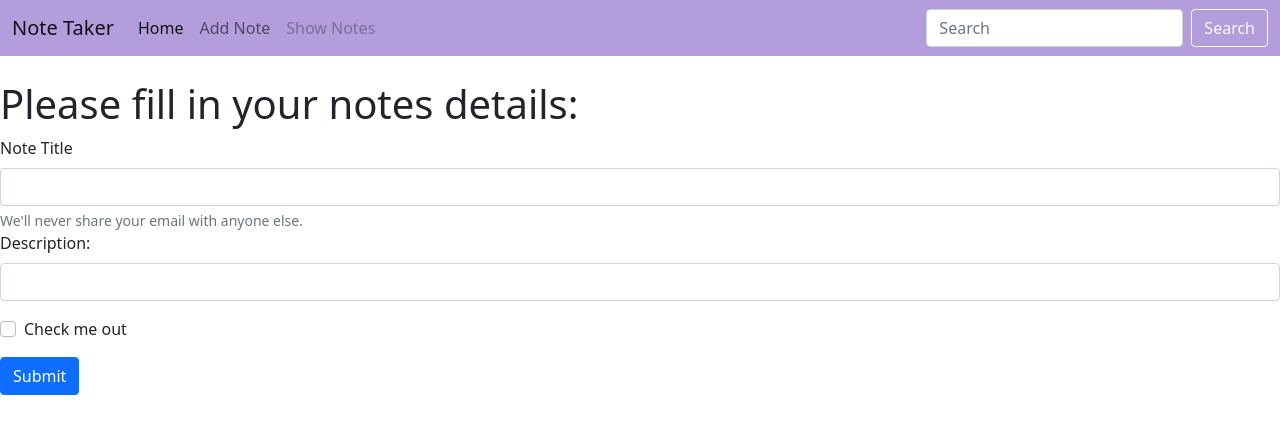
Repository: Tanmoy4672/Hibernate
Page: http://localhost/NoteTaker/add_notes.jsp
An editor plug-in stored every save of this project. The page is shown before and after the next save, followed by the edit.
The browser window is 1280 px wide. The pictures show the whole page.
The page is served by Tomcat 9.

Above is the page before, as saved 2021-12-16 06:13:06.

After the next save:
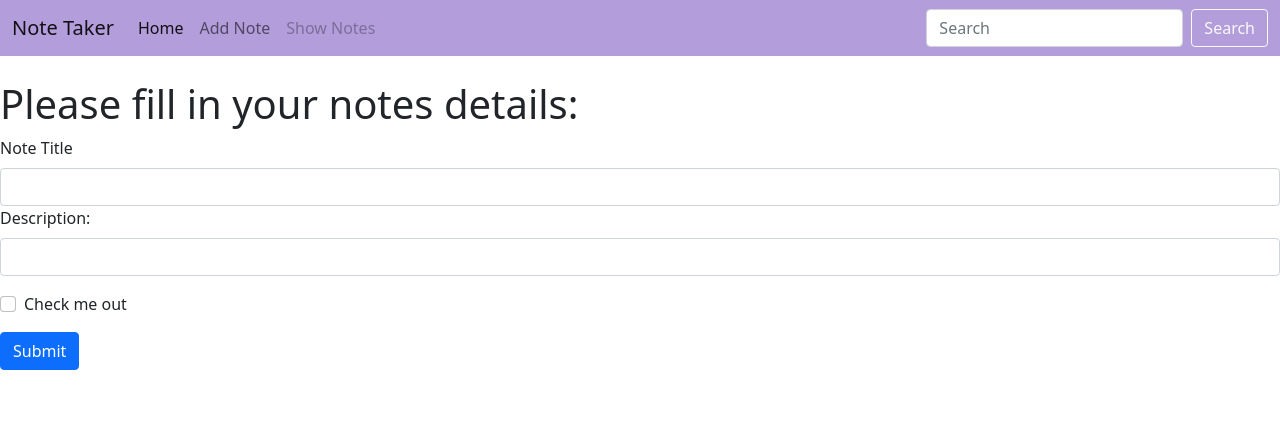
Saved 33 s later.
--- a/NoteTaker/src/main/webapp/add_notes.jsp
+++ b/NoteTaker/src/main/webapp/add_notes.jsp
@@ -21,8 +21,7 @@
 			<label for="exampleInputEmail1" class="form-label">Note Title</label>
 			 <input type="text" class="form-control"
 				id="exampleInputEmail1" aria-describedby="emailHelp">
-			<div id="emailHelp" class="form-text">We'll never share your
-				email with anyone else.</div>
+
 		</div>
 		<div class="mb-3">
 			<label for="exampleInputPassword1" class="form-label">Description:</label>
